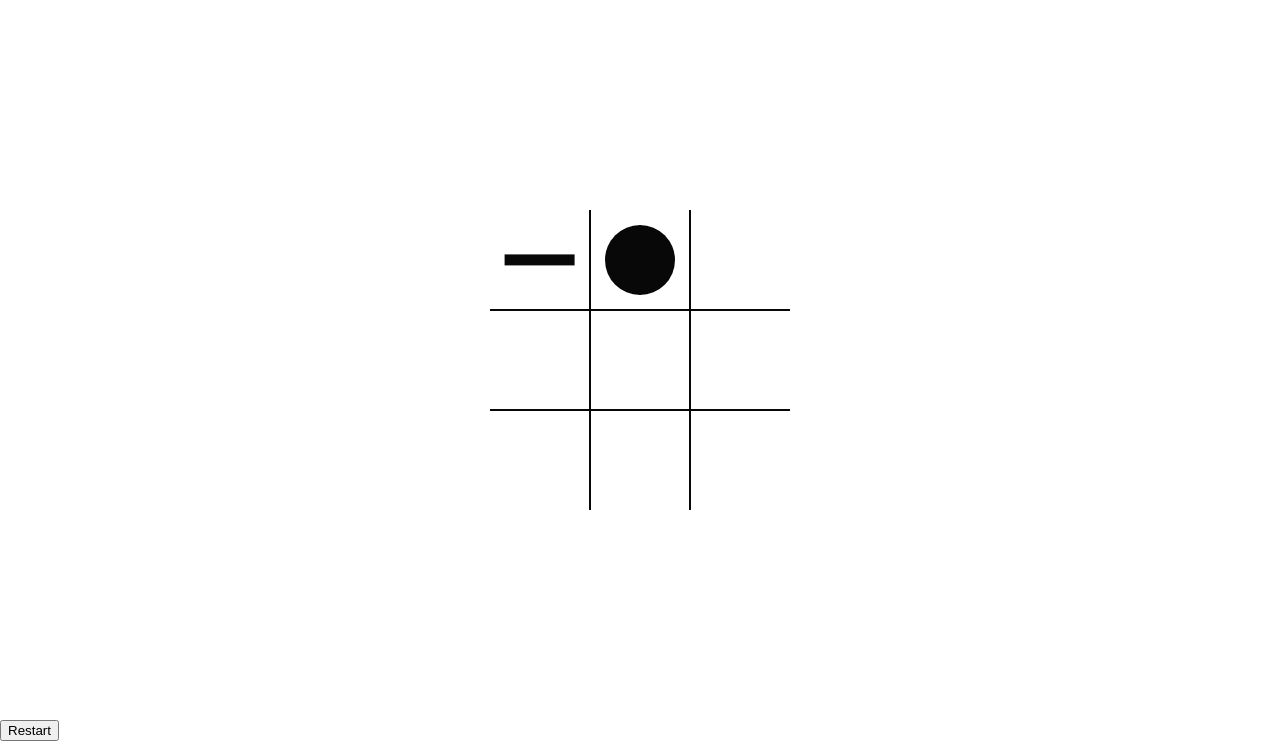
Repository: kkyler24/MCLA
Page: devFiles/TictactoeFiles/ticTacToe.html
The author's editor kept a copy of each file at every save. The page is drawn from the files as they stood at one save, then again after the next save.
The browser window is 1280 px wide. The pictures show the whole page.

Above is the page before, as saved 2020-04-17 13:37:34.

After the next save:
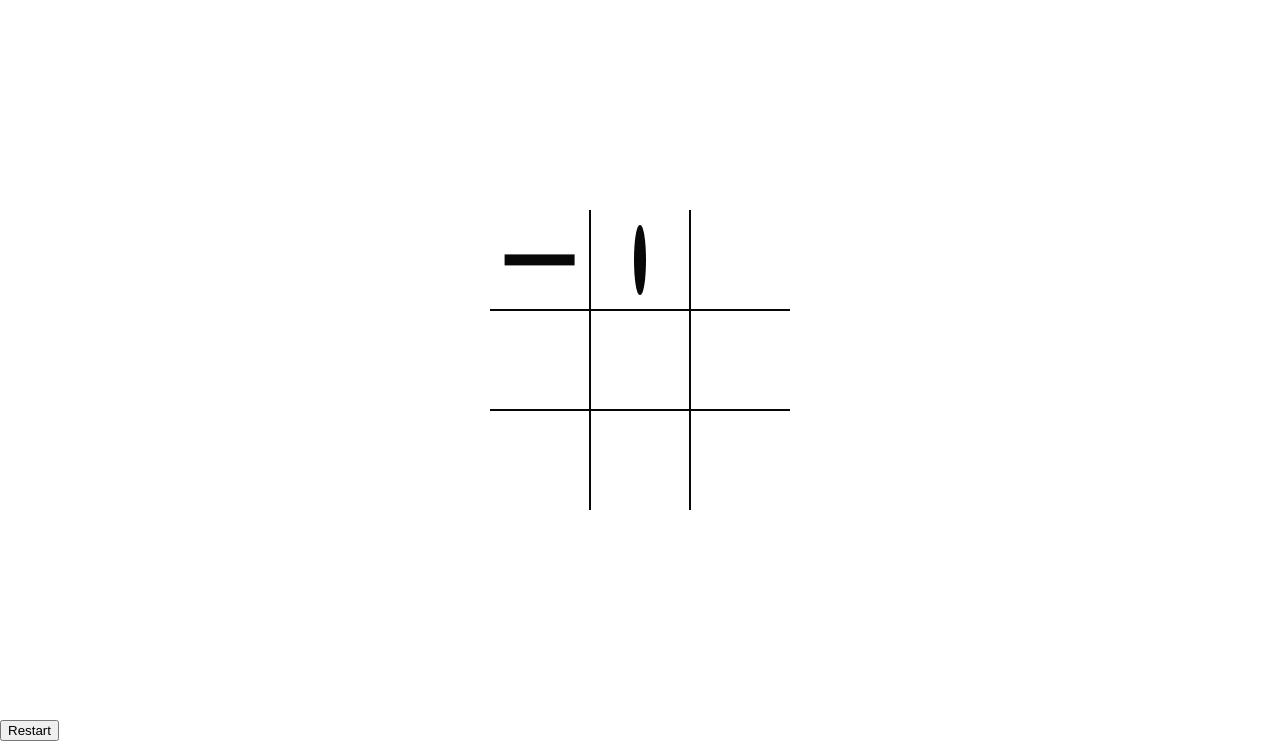
Saved 55 s later.
--- a/devFiles/TictactoeFiles/tictactoe.css
+++ b/devFiles/TictactoeFiles/tictactoe.css
@@ -65,7 +65,7 @@ body{
 .cellBOne.circle::after{
     content: "";
     position: absolute;
-    width: var(--mark-size);
+    width: calc(var(--mark-size)*.16);
     /* controls the height of the cricles */
     /* transform: rotate(90deg); */
     height: var(--mark-size);
